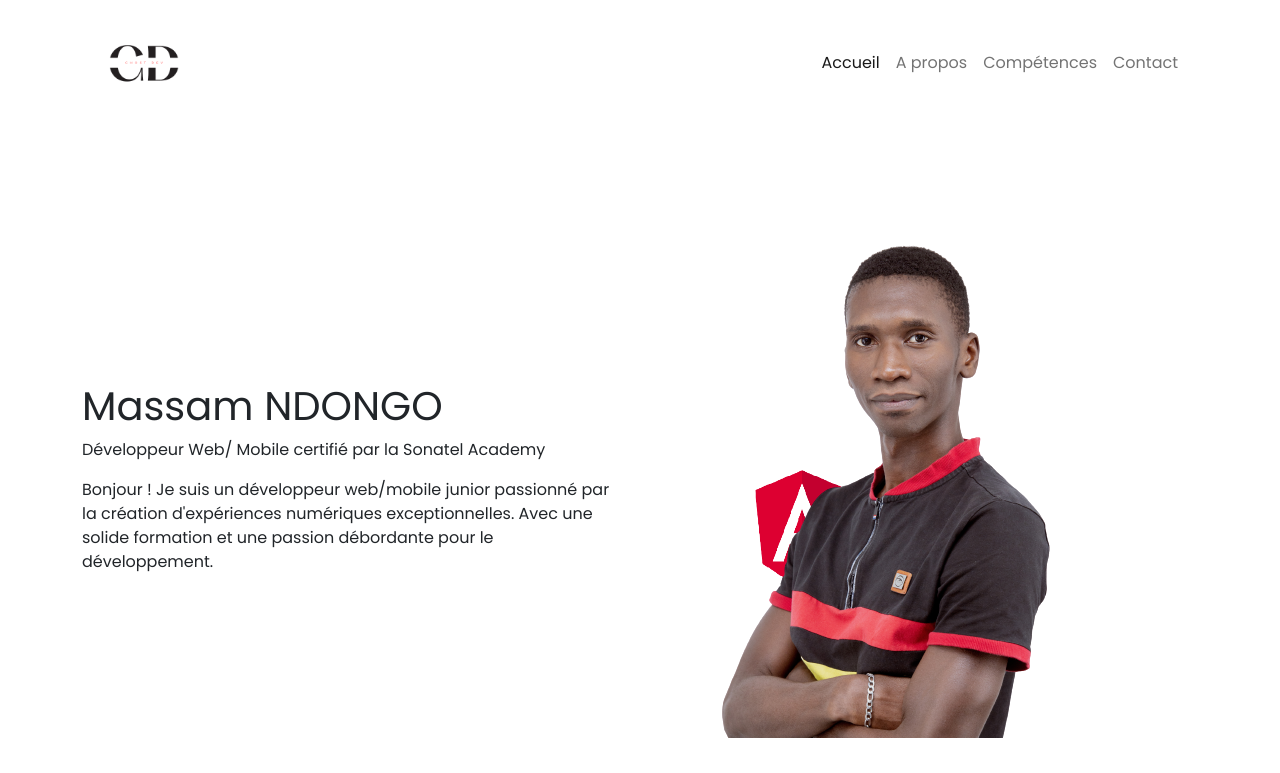
Repository: massndongo/portfolio1
Page: index.html
An editor plug-in stored every save of this project. The page is shown before and after a run of saves, followed by the edit.
The browser window is 1280 px wide. The pictures show the part of the page from y = 0 to 773 px (the page is 2111 px tall).
A picture or video elsewhere on the page could not be fetched, so the positions and the page height are approximate.

Above is the page before, as saved 2023-05-29 19:09:19.

### index.html
<!DOCTYPE html>
<html>
<head>
    <meta charset='utf-8'>
    <meta http-equiv='X-UA-Compatible' content='IE=edge'>
    <title>Portfolio Massam NDONGO</title>
    <meta name='viewport' content='width=device-width, initial-scale=1'>
    <link rel="stylesheet" href="https://cdn.jsdelivr.net/npm/bootstrap@5.2.3/dist/css/bootstrap.min.css" integrity="sha384-rbsA2VBKQhggwzxH7pPCaAqO46MgnOM80zW1RWuH61DGLwZJEdK2Kadq2F9CUG65" crossorigin="anonymous">
    <link rel="stylesheet" href="./assets/css/main.css">
</head>
<body>
    <div class="container">

        <!-- navbar -->
        <nav class="navbar navbar-expand-lg bg-body-tertiary container">
            <div class="container-fluid">
              <a class="navbar-brand" href="#"><img class="img-thumbnail border-0" width="100px" height="100px" src="./assets/images/logo.png" alt="" srcset=""></a>
              <button class="navbar-toggler" type="button" data-bs-toggle="collapse" data-bs-target="#navbarText" aria-controls="navbarText" aria-expanded="false" aria-label="Toggle navigation">
                <span class="navbar-toggler-icon"></span>
              </button>
              <div class="collapse navbar-collapse d-flex flex-row justify-content-end" id="navbarText">
                <div>
                    <ul class="navbar-nav me-auto mb-2 mb-lg-0">
                      <li class="nav-item">
                        <a class="nav-link active" aria-current="page" href="#">Accueil</a>
                      </li>
                      <li class="nav-item">
                        <a class="nav-link" href="#propos" onclick="scrollToSection('propos')">A propos</a>
                      </li>
                      <li class="nav-item">
                        <a class="nav-link" href="#skills" onclick="scrollToSection('skills')">Compétences</a>
                      </li>
                      <li class="nav-item">
                        <a class="nav-link" href="#contact" onclick="scrollToSection('contact')">Contact</a>
                      </li>
                    </ul>
                </div>
              </div>
            </div>
        </nav>
        <!-- End Navbar -->
        <div id="back-to-top">↑</div>

        <div class="contenu">

            <div class="propos d-flex row flex-row justify-content-center" id="propos">
                <div class="col-lg-6 col-md-12 mb-1 align-middle text-start d-flex flex-column justify-content-center animated-text">
                    <h1 class="">Massam NDONGO</h1>
                    <p class="">Développeur Web/ Mobile certifié par la Sonatel Academy</p>
                    <p>
                        Bonjour ! Je suis un développeur web/mobile junior passionné par la création d'expériences numériques exceptionnelles.
                        Avec une solide formation et une passion débordante pour le développement.

                    </p>
                </div>
                <div class="col-lg-6 col-md-12 profil">
                    <img src="./assets/images/os-projects-angular_thumbnail-removebg-preview.png" width="300px" height="200px" class=" angular"  alt="" srcset="">
                    <img src="./assets/images/mass.png" class="border-0 animated-text" alt="" srcset="">
                </div>
            </div>

            <div class="skills d-flex row flex-row justify-content-center" id="skills">
                <h1 class="text-center m-4 mt-4 text-decoration-underline">Compétences</h1>
                <div class="card m-4" style="width: 18rem;">
                    <img src="./assets/images/angular.png" class="card-img-top" alt="...">
                    <div class="card-body">
                      <p class="card-text">Some quick example text to build on the card title and make up the bulk of the card's content.</p>
                    </div>
                </div>
                <div class="card m-4" style="width: 18rem;">
                    <img src="./assets/images/symfony.png" class="card-img-top" alt="...">
                    <div class="card-body">
                      <p class="card-text">Some quick example text to build on the card title and make up the bulk of the card's content.</p>
                    </div>
                </div>
                <div class="card m-4" style="width: 18rem;">
                    <img src="./assets/images/ionic.webp" class="card-img-top" alt="...">
                    <div class="card-body">
                      <p class="card-text">Some quick example text to build on the card title and make up the bulk of the card's content.</p>
                    </div>
                </div>
                <div class="card m-4" style="width: 18rem;">
                    <img src="./assets/images/laravel.png" class="card-img-top" alt="...">
                    <div class="card-body">
                      <p class="card-text">Some quick example text to build on the card title and make up the bulk of the card's content.</p>
                    </div>
                </div>
                <div class="card m-4" style="width: 18rem;">
                    <img src="./assets/images/angular.png" class="card-img-top" alt="...">
                    <div class="card-body">
                      <p class="card-text">Some quick example text to build on the card title and make up the bulk of the card's content.</p>
                    </div>
                </div>
                <div class="card m-4" style="width: 18rem;">
                    <img src="./assets/images/angular.png" class="card-img-top" alt="...">
                    <div class="card-body">
                      <p class="card-text">Some quick example text to build on the card title and make up the bulk of the card's content.</p>
                    </div>
                </div>
                <div class="card m-4" style="width: 18rem;">
                    <img src="./assets/images/angular.png" class="card-img-top" alt="...">
                    <div class="card-body">
                      <p class="card-text">Some quick example text to build on the card title and make up the bulk of the card's content.</p>
                    </div>
                </div>
            </div>

            <div class="projets img-thumbnail bg-black">
                Lorem ipsum dolor sit amet consectetur adipisicing elit. Facere soluta nam sequi et quia officia, ratione dolore nisi ex necessitatibus ipsam dolor. Eveniet corporis voluptas similique hic omnis, maiores necessitatibus.
            </div>

            <div class="contact img-thumbnail bg-danger" id="contact">
                Lorem ipsum dolor sit amet consectetur adipisicing elit. Saepe consequatur porro numquam? Blanditiis harum consectetur, illum eligendi id dolorem mollitia velit neque? Cum itaque ipsum, ipsam autem saepe iure numquam!
                Quod incidunt quaerat exercitationem iusto perferendis architecto enim officia repellendus itaque dolorem animi, consectetur omnis quasi rerum voluptatum distinctio est deserunt harum porro neque quidem. Soluta itaque ullam repellat fugit?

            </div>
        </div>


        <footer></footer>

    </div>


    <!-- script -->
    <script src="https://cdn.jsdelivr.net/npm/bootstrap@5.2.3/dist/js/bootstrap.min.js" integrity="sha384-cuYeSxntonz0PPNlHhBs68uyIAVpIIOZZ5JqeqvYYIcEL727kskC66kF92t6Xl2V" crossorigin="anonymous"></script>
    <script src="https://cdn.jsdelivr.net/npm/bootstrap@5.2.3/dist/js/bootstrap.bundle.min.js" integrity="sha384-kenU1KFdBIe4zVF0s0G1M5b4hcpxyD9F7jL+jjXkk+Q2h455rYXK/7HAuoJl+0I4" crossorigin="anonymous"></script>
    <script src='./assets/js/main.js'></script>
</body>
</html>

### assets/css/main.css
@font-face {
    font-family: 'Poppins Regular';
    src: url('../fonts/poppins/Poppins-Regular.ttf') format('truetype');
  }

  /* Utilisation de la police */
  body {
    font-family: 'Poppins Regular', sans-serif;
  }

.contenu {
    margin-top: 10%;
}

.animated-text {
    animation: fade-in-out 4s normal;
    }

    @keyframes fade-in-out {
    0% {
        opacity: 1;
    }
    50% {
        opacity: 0;
    }
    100% {
        opacity: 1;
    }
}


#back-to-top {
    display: none;
    position: fixed;
    bottom: 20px;
    right: 20px;
    width: 40px;
    height: 40px;
    background-color: #ccc;
    border-radius: 50%;
    text-align: center;
    line-height: 40px;
    cursor: pointer;
  }

.skills {
    margin-top: 5%;
}
.profil {
    /* background-color: #db7e14; */
}
.angular {
    position: absolute;
    margin-top: 15%;
    z-index: -1;
}

### assets/js/main.js
  // Sélectionnez tous les liens de la navbar avec la classe "nav-link"
  var navLinks = document.querySelectorAll('.nav-link');

  // Parcourez tous les liens et ajoutez un gestionnaire d'événement pour le clic
  navLinks.forEach(function(link) {
    link.addEventListener('click', function(event) {
      event.preventDefault(); // Empêche le comportement par défaut du navigateur
      var target = this.getAttribute('href'); // Récupère l'attribut href du lien
      scrollToSection(target); // Appelle la fonction de défilement vers la section cible
    });
  });

  // Fonction pour déplacer l'utilisateur vers une section spécifique
  function scrollToSection(sectionId) {
    var section = document.querySelector(sectionId);
    if (section) {
      section.scrollIntoView({ behavior: 'smooth' });
    }
  }


  var backToTopBtn = document.getElementById("back-to-top");

  // Afficher ou masquer le bouton en fonction du défilement de la page
  window.addEventListener("scroll", function() {
    if (window.pageYOffset > 100) {
      backToTopBtn.style.display = "block";
    } else {
      backToTopBtn.style.display = "none";
    }
  });

  // Faire défiler vers le haut de la page lorsque le bouton est cliqué
  backToTopBtn.addEventListener("click", function() {
    window.scrollTo({
      top: 0,
      behavior: "smooth"
    });
  });

After the next 2 saves:
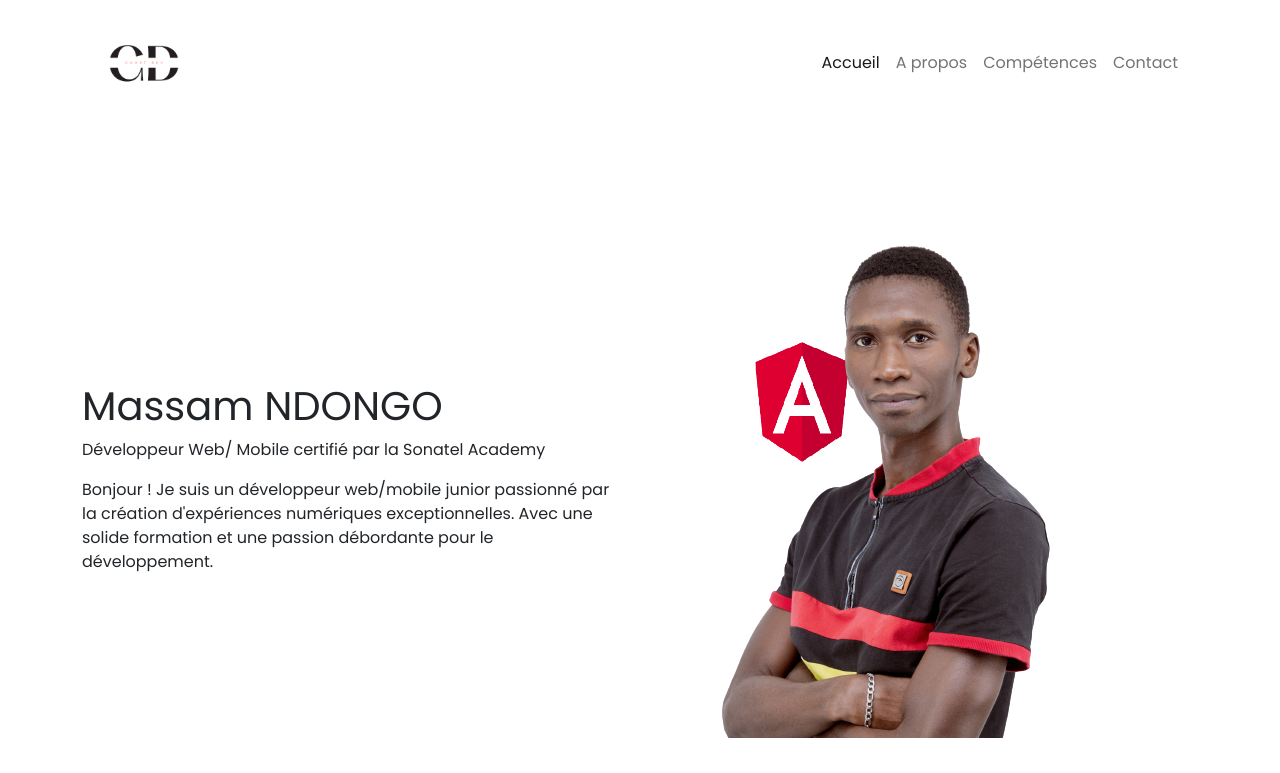
The 2 saves are shown as one change because they came seconds apart.
The last was saved 24 s later.
--- a/assets/css/main.css
+++ b/assets/css/main.css
@@ -51,6 +51,6 @@
 }
 .angular {
     position: absolute;
-    margin-top: 15%;
+    margin-top: 5%;
     z-index: -1;
 }
